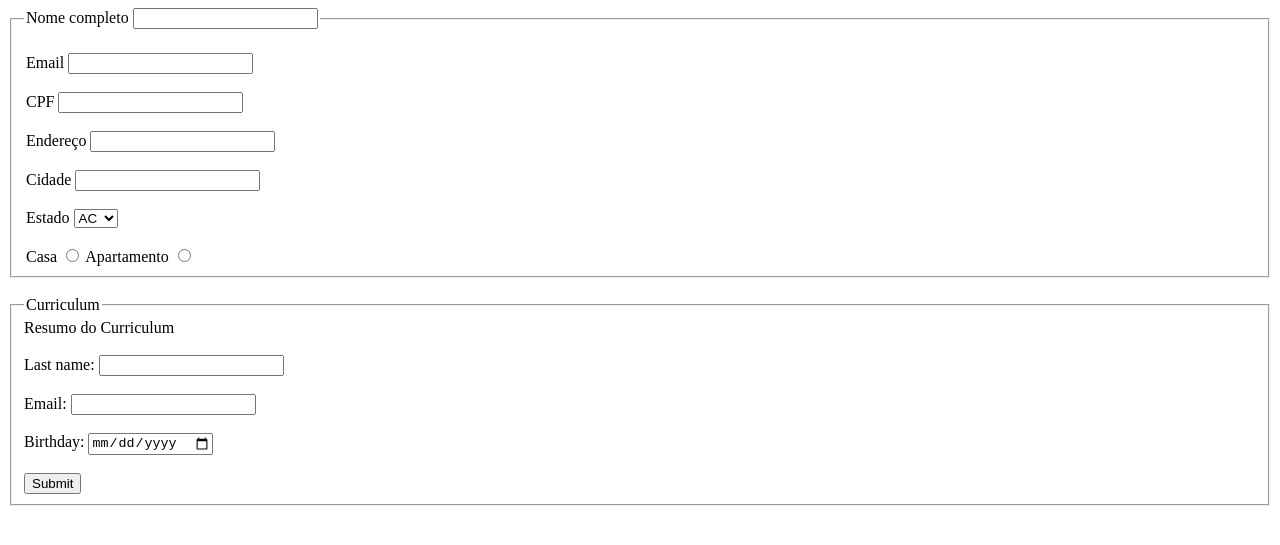
Repository: Parker9309/-trybe-exercises
Page: exercises/exercises-bloco6/html-e-css-forms-flexbox-e-responsivo_1/index.html
An editor plug-in stored every save of this project. The page is shown before and after a run of saves, followed by the edit.
The browser window is 1280 px wide. The pictures show the whole page.

Above is the page before, as saved 2021-03-16 20:19:15.

### exercises/exercises-bloco6/html-e-css-forms-flexbox-e-responsivo_1/index.html
<!DOCTYPE html>
<html lang="pt-br">
<head>
  <meta charset="UTF-8">
  <meta http-equiv="X-UA-Compatible" content="IE=edge">
  <meta name="viewport" content="width=device-width, initial-scale=1.0">
  <title>Document</title>
</head>
<body>
  <form>
    <div id="forms">
    <fieldset>
      <legend>
        <label form="nome"> Nome completo
          <input type = "text" name="nome" id="nome" maxlength="40" required>
        </label>
      </legend>

  <br>

    <legend>
      <label form="mail"> Email
        <input type = "text" name="nome" id="mail" maxlength="50" required>
      </label>
    </legend>

  <br>

    <legend>
      <label form="cpf"> CPF
        <input type = "text" name="nome" id="cpf" maxlength="11" required>
      </label>
    </legend>

<br>

  <legend>
    <label form="nome"> Endereço
      <input type = "text" name="nome" id="endereço" maxlength="200" required>
    </label>
  </legend>

<br>

  <legend>
    <label form="nome"> Cidade
      <input type = "text" name="nome" id="city" maxlength="28" required>
    </label>
  </legend>

<br>

  <legend>
    <label form="nome"> Estado
      <select name="nome" id="estados" required>
    </label>
  </legend>

<br>

  <legend>
    <label form="nome"> Estado
      <select name="nome" id="estados" required>
    </label>
  </legend>

<br>

  <legend>
      <label form="nome">Casa</label>
      <input type="radio" name="nome" id="Moradia" required>
      <label form="nome">Apartamento</label>
      <input type="radio" name="nome" id="Moradia" required>
  </legend>
</fieldset>
<br>
<fieldset>
  <legend>Curriculum</legend>
  <label for="fname">Resumo do Curriculum</label>
  <text type="text" id="fname" name="fname"><br><br>
  <label for="lname">Last name:</label>
  <input type="text" id="lname" name="lname"><br><br>
  <label for="email">Email:</label>
  <input type="email" id="email" name="email"><br><br>
  <label for="birthday">Birthday:</label>
  <input type="date" id="birthday" name="birthday"><br><br>
  <input type="submit" value="Submit">
</fieldset>
</div>
</form>
<script src = "script.js"></script>
</body>
</html>

### exercises/exercises-bloco6/html-e-css-forms-flexbox-e-responsivo_1/script.js
let opcoes = document.getElementById('estados');
function criarOpcoes() {
  let estadosBr = ['AC', 'AL', 'AP','AM', 'BA','CE', 'DF',
  'ES', 'GO', 'MA', 'MT', 'MS', 'MG', 'PA', 'PB', 'PR','PE', 'PI', 'RJ', 'RN', 'RS', 'RO', 'RR', 'SC', 'SP', 'SE', 'TO'];
  for (let stateIndex = 0; stateIndex < estadosBr.length; stateIndex += 1) {
    let opcao = document.createElement('option');
    opcao.value = estadosBr[stateIndex].toLowerCase();
    opcao.id = 'estados';
    opcao.innerHTML = estadosBr[stateIndex];
    opcoes.appendChild(opcao);
  }
}
criarOpcoes()

After the next 2 saves:
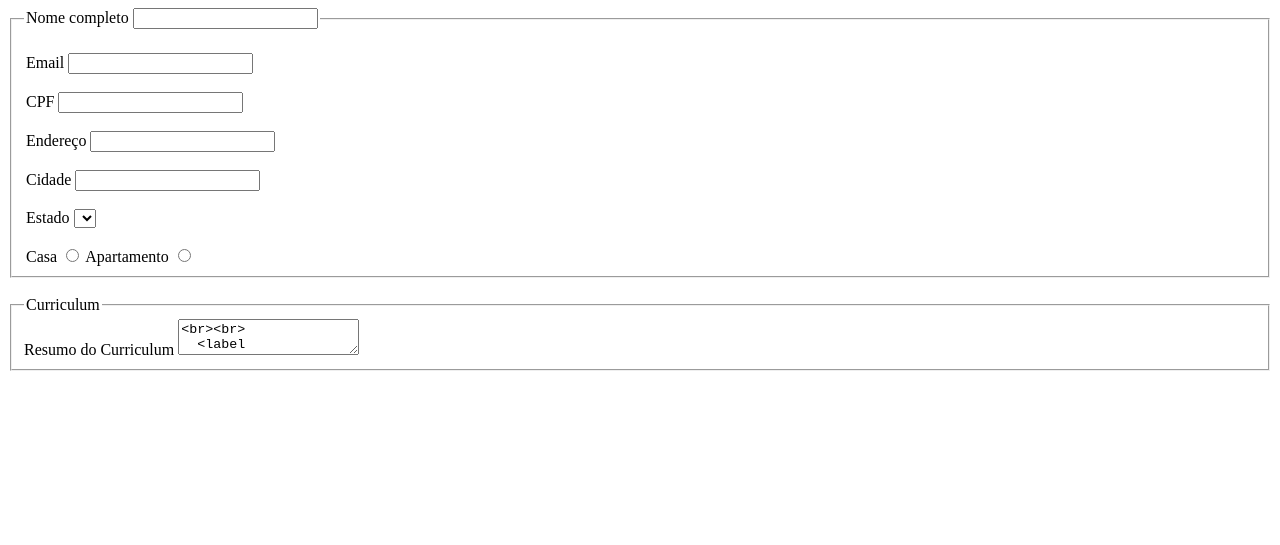
The 2 saves are shown as one change because they came seconds apart.
The last was saved 38 s later.
--- a/exercises/exercises-bloco6/html-e-css-forms-flexbox-e-responsivo_1/index.html
+++ b/exercises/exercises-bloco6/html-e-css-forms-flexbox-e-responsivo_1/index.html
@@ -77,7 +77,7 @@
 <fieldset>
   <legend>Curriculum</legend>
   <label for="fname">Resumo do Curriculum</label>
-  <text type="text" id="fname" name="fname"><br><br>
+  <textarea type="text" id="fname" name="fname"><br><br>
   <label for="lname">Last name:</label>
   <input type="text" id="lname" name="lname"><br><br>
   <label for="email">Email:</label>
